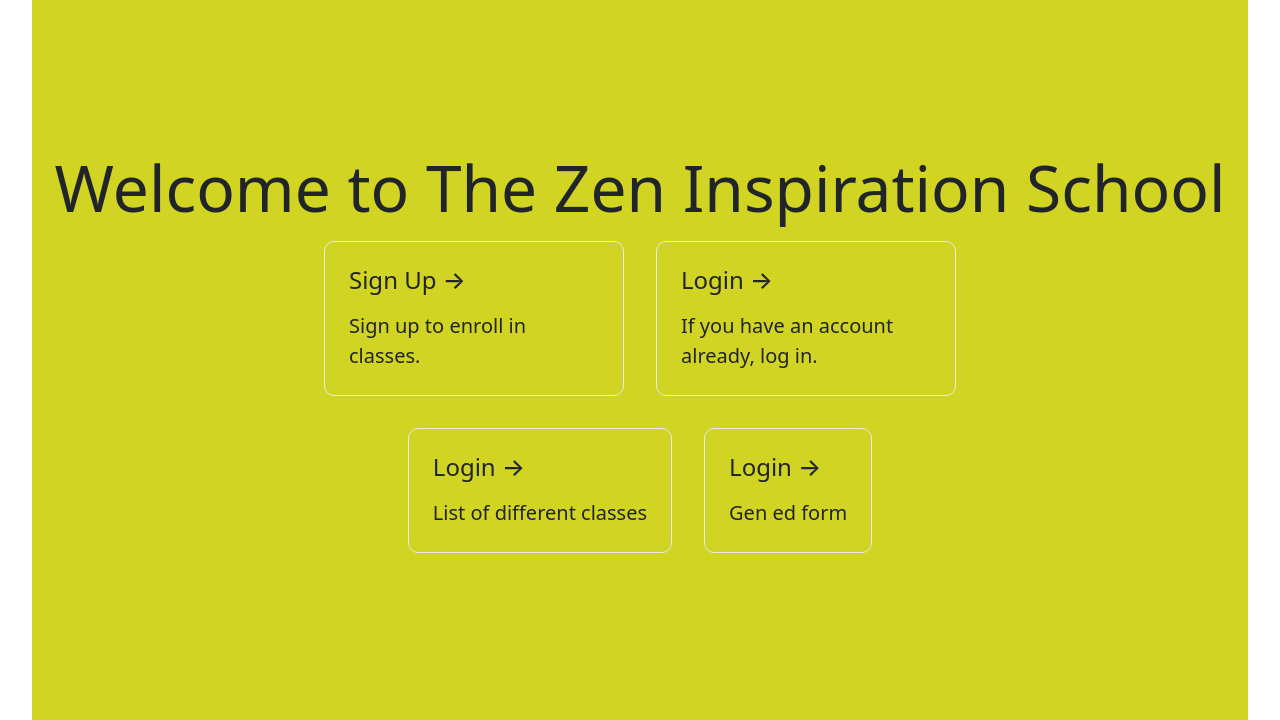
Repository: collegedude9300/zenschool
Page: /
An editor plug-in stored every save of this project. The page is shown before and after the next save, followed by the edit.
The browser window is 1280 px wide. The pictures show the whole page.
The project was rebuilt for these pictures with package versions that can differ from the ones it lists, and the page was loaded fresh each time. The framework's server and built-in components were replaced by stand-ins that run in the browser. Also part of the build but not shown: next.config.js.

Above is the page before, as saved 2022-10-26 10:41:39.

### pages/index.js
import Head from 'next/head'
import Image from 'next/image'
import styles from '../styles/Home.module.css'
import 'bootstrap/dist/css/bootstrap.css'

export default function Home() {
  return (
    <div className={styles.container}>
      <Head>
        <title>Create Next App</title>
        <meta name="description" content="Generated by create next app" />
        <link rel="icon" href="/favicon.ico" />
      </Head>

      <main className={styles.main}>
        <h1 className={styles.title}>
          Welcome to The Zen Inspiration School
        </h1>
        <div className={styles.grid}>
          <a href="/SignUp" className={styles.card}>
            <h2>Sign Up &rarr;</h2>
            <p>Sign up to enroll in classes.</p>
          </a>

          <a href="/Login" className={styles.card}>
            <h2>Login &rarr;</h2>
            <p>If you have an account already, log in.</p>
            </a>
            <a href="/Classes" className={styles.card}>
            <h2>Login &rarr;</h2>
            <p>List of different classes</p>
            </a>
            <a href="/GenEd" className={styles.card}>
            <h2>Login &rarr;</h2>
            <p>Gen ed form</p>
            </a>
        </div>
      </main>
    </div>
  )
}

### styles/Home.module.css
.container {
  padding: 0 2rem;
}

.main {
  min-height: 100vh;
  padding: 4rem 0;
  flex: 1;
  display: flex;
  flex-direction: column;
  justify-content: center;
  align-items: center;
  background-color: #d1d422;
}

.footer {
  display: flex;
  flex: 1;
  padding: 2rem 0;
  border-top: 1px solid #eaeaea;
  justify-content: center;
  align-items: center;
}

.footer a {
  display: flex;
  justify-content: center;
  align-items: center;
  flex-grow: 1;
}

.title a {
  color: #0070f3;
  text-decoration: none;
}

.title a:hover,
.title a:focus,
.title a:active {
  text-decoration: underline;
}

.title {
  margin: 0;
  line-height: 1.15;
  font-size: 4rem;
}

.title,
.description {
  text-align: center;
}

.description {
  margin: 4rem 0;
  line-height: 1.5;
  font-size: 1.5rem;
}

.code {
  background: #fafafa;
  border-radius: 5px;
  padding: 0.75rem;
  font-size: 1.1rem;
  font-family: Menlo, Monaco, Lucida Console, Liberation Mono, DejaVu Sans Mono,
    Bitstream Vera Sans Mono, Courier New, monospace;
}

.grid {
  display: flex;
  align-items: center;
  justify-content: center;
  flex-wrap: wrap;
  max-width: 800px;
}

.card {
  margin: 1rem;
  padding: 1.5rem;
  text-align: left;
  color: inherit;
  text-decoration: none;
  border: 1px solid #eaeaea;
  border-radius: 10px;
  transition: color 0.15s ease, border-color 0.15s ease;
  max-width: 300px;
}

.card:hover,
.card:focus,
.card:active {
  color: #0070f3;
  border-color: #0070f3;
}

.card h2 {
  margin: 0 0 1rem 0;
  font-size: 1.5rem;
}

.card p {
  margin: 0;
  font-size: 1.25rem;
  line-height: 1.5;
}

.logo {
  height: 1em;
  margin-left: 0.5rem;
}

@media (max-width: 600px) {
  .grid {
    width: 100%;
    flex-direction: column;
  }
}

@media (prefers-color-scheme: dark) {
  .card,
  .footer {
    border-color: #222;
  }
  .code {
    background: #111;
  }
  .logo img {
    filter: invert(1);
  }
}

Loaded but not shown: pages/_app.js (common file); styles/globals.css (common file)

After the next save:
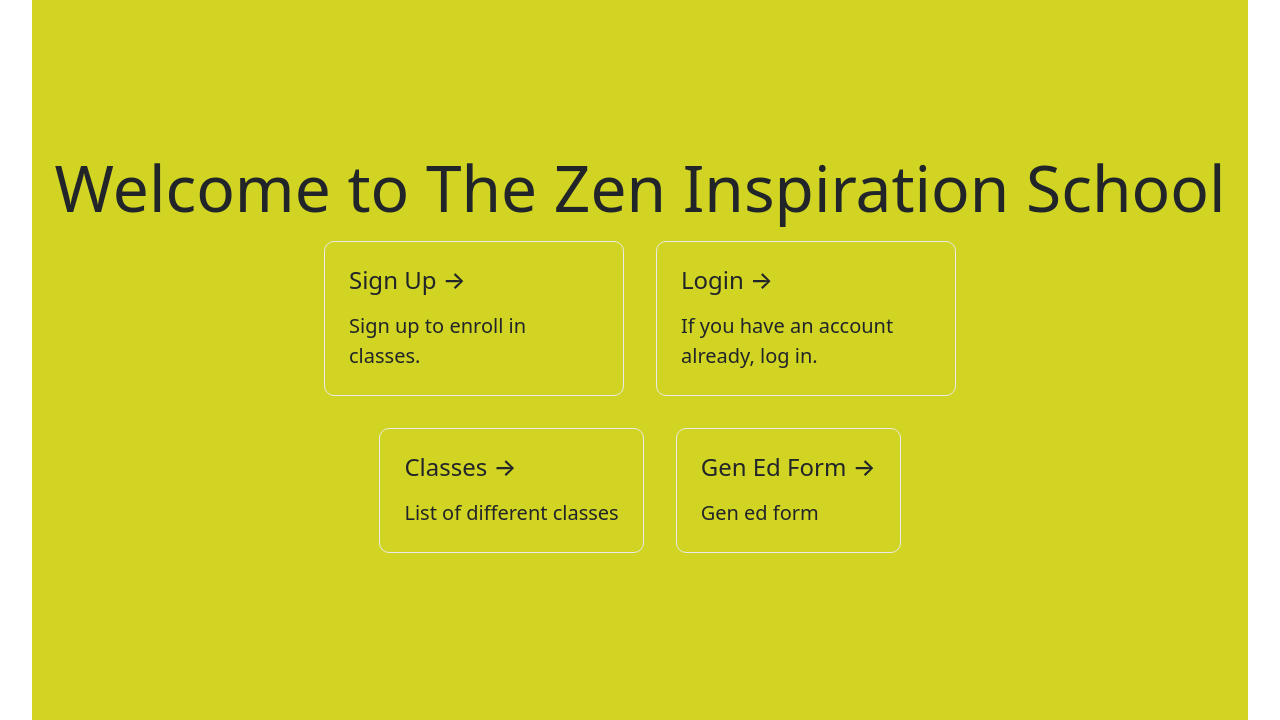
Saved 84 s later.
--- a/pages/index.js
+++ b/pages/index.js
@@ -27,11 +27,11 @@ export default function Home() {
             <p>If you have an account already, log in.</p>
             </a>
             <a href="/Classes" className={styles.card}>
-            <h2>Login &rarr;</h2>
+            <h2>Classes &rarr;</h2>
             <p>List of different classes</p>
             </a>
             <a href="/GenEd" className={styles.card}>
-            <h2>Login &rarr;</h2>
+            <h2>Gen Ed Form &rarr;</h2>
             <p>Gen ed form</p>
             </a>
         </div>
